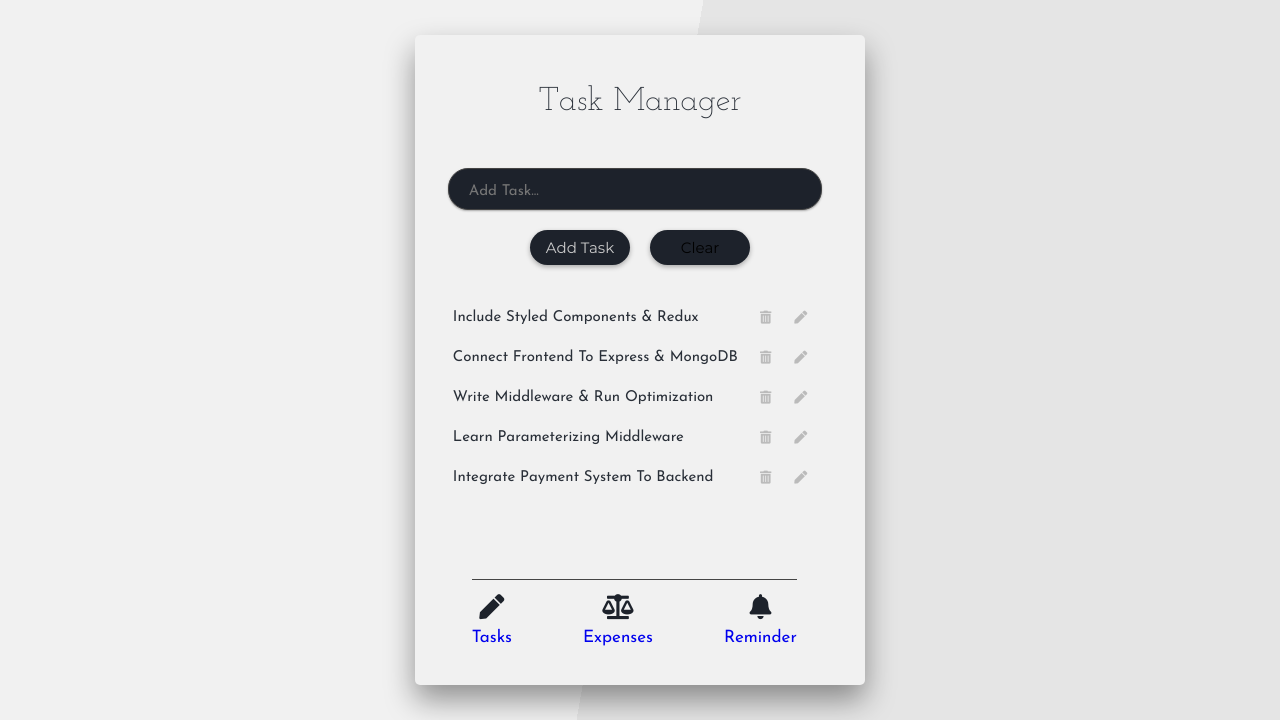
Repository: Kol124/react-task-manager
Page: /
An editor plug-in stored every save of this project. The page is shown before and after the next save, followed by the edit.
The browser window is 1280 px wide. The pictures show the whole page.
The project was rebuilt for these pictures with package versions that can differ from the ones it lists, and the page was loaded fresh each time. Also part of the build but not shown: src/components/Expenses/Expenses.js, src/components/Reminder/Reminder.js.

Above is the page before, as saved 2021-06-24 17:09:34.

### public/index.html
<!DOCTYPE html>
<html lang="en">
  <head>
    <meta charset="utf-8" />
    <link rel="icon" href="%PUBLIC_URL%/favicon.ico" />
    <meta name="viewport" content="width=device-width, initial-scale=1" />
    <meta name="theme-color" content="#000000" />
    <meta
      name="description"
      content="Web site created using create-react-app"
    />
    <link rel="apple-touch-icon" href="%PUBLIC_URL%/logo192.png" />
    <!--
      manifest.json provides metadata used when your web app is installed on a
      user's mobile device or desktop. See https://developers.google.com/web/fundamentals/web-app-manifest/
    -->
    <link rel="manifest" href="%PUBLIC_URL%/manifest.json" />
    <!--
      Notice the use of %PUBLIC_URL% in the tags above.
      It will be replaced with the URL of the `public` folder during the build.
      Only files inside the `public` folder can be referenced from the HTML.

      Unlike "/favicon.ico" or "favicon.ico", "%PUBLIC_URL%/favicon.ico" will
      work correctly both with client-side routing and a non-root public URL.
      Learn how to configure a non-root public URL by running `npm run build`.
    -->
    <link rel="stylesheet" href="all.min.css" />
    <title>React App</title>
  </head>
  <body>
    <noscript>You need to enable JavaScript to run this app.</noscript>
    <div id="root"></div>
    <!--
      This HTML file is a template.
      If you open it directly in the browser, you will see an empty page.

      You can add webfonts, meta tags, or analytics to this file.
      The build step will place the bundled scripts into the <body> tag.

      To begin the development, run `npm start` or `yarn start`.
      To create a production bundle, use `npm run build` or `yarn build`.
    -->
  </body>
</html>

### src/App.js
import "./App.css";
import React from "react";
import TaskContextProvider from "./context/TaskContext";
import ThemeContextProvider from "./context/ThemeContext";
import Main from "./components/Main";

function App() {
  return (
    <ThemeContextProvider>
      <TaskContextProvider>
        <div className="container">
          <Main />
        </div>
      </TaskContextProvider>
    </ThemeContextProvider>
  );
}

export default App;

### src/App.css
@import url("fonts.css");

* {
  margin: 0;
  padding: 0;
  box-sizing: inherit;
}

html {
  box-sizing: border-box;
  font-size: 62.5%;
}

.container {
  width: 100%;
  height: 100vh;
  display: flex;
  align-items: center;
  justify-content: center;
  background: linear-gradient(100deg, #f1f1f1 50%, #e5e5e5 0);
}

.app-wrapper {
  padding: 2.5rem 2.8rem;
  position: relative;
  width: 45rem;
  height: 65rem;
  border-radius: 5px;
  box-shadow: 0 15px 30px rgba(0, 0, 0, 0.4);
}

.header .main-header {
  font-family: "Josefin Slab", serif;
  text-align: center;
  font-size: 3.3rem;
  /* color: #e5e5e5; */
  font-weight: 300;
  margin: 2.5rem 2rem 5rem 2rem;
}

.main {
  display: flex;
  flex-direction: column;
  align-items: space-between;
  margin-bottom: 3.5rem;
  width: 100%;
}

.form {
  display: flex;
  align-items: center;
  margin-bottom: 1.5rem;
  flex-direction: column;
  justify-content: center;
}

.task-input {
  font-family: "Josefin Sans", serif;
  padding: 1.5rem 1rem 1rem 2rem;
  margin: 0 1rem 1rem 0;
  color: #ccc;
  width: 95%;
  outline: none;
  font-size: 1.5rem;
  border-radius: 20px;
  border: 1px solid #444;
  background-color: #1d222b;
  box-shadow: 0 1px 2px rgba(0, 0, 0, 0.3);
}

@media only screen and (max-width: 450px) {
  html {
    font-size: 50%;
  }
}

.buttons {
  display: flex;
}

.btn {
  margin: 1rem;
}

.add-task-btn {
  width: 10rem;
  height: 3.5rem;
  background-color: #1d222b;
  color: #ccc;
  border: none;
  font-family: "Montserrat", sans-serif;
  font-size: 1.5rem;
  border-radius: 2rem;
  box-shadow: 0 2px 5px rgba(0, 0, 0, 0.3);
  outline: none;
  cursor: pointer;
}

.list {
  width: 95%;
  margin: 0 auto;
  max-height: 28rem;
  overflow: hidden;
  overflow-y: auto;
}

/* width */
::-webkit-scrollbar {
  width: 6px;
}

/* Track */
::-webkit-scrollbar-track {
  border-radius: 10px;
  background-color: #aaa;
}

/* Handle */
::-webkit-scrollbar-thumb {
  background: #444;
  border-radius: 10px;
}

.list-item {
  display: flex;
  margin: 2rem 0;
  padding-bottom: 0.5rem;
  justify-content: space-between;
}

.list-item span {
  font-family: "Josefin Sans", sans-serif;
  /* color: #bbb; */
  font-size: 1.5rem;
  text-transform: capitalize;
}

.task-btn {
  cursor: pointer;
  background-color: transparent;
  border: none;
  outline: none;
}

.btn-delete i {
  font-size: 1.3rem;
  color: #bbb;
  margin-right: 2rem;
}

.btn-edit i {
  font-size: 1.3rem;
  color: #bbb;
  margin-right: 2rem;
}

.clear-btn {
  width: 10rem;
  height: 3.5rem;
  background-color: #1d222b;
  /* color: #ccc; */
  border: none;
  font-family: "Montserrat", sans-serif;
  font-size: 1.5rem;
  border-radius: 2rem;
  box-shadow: 0 2px 5px rgba(0, 0, 0, 0.3);
  outline: none;
  cursor: pointer;
}

.no-tasks {
  /* color: #777; */
  text-align: center;
  font-family: "Montserrat", sans-serif;
  margin-top: 2.5rem;
  font-size: 2rem;
}

footer {
  position: absolute;
  width: 85%;
  bottom: 6%;
}

footer .nav {
  display: flex;
  align-items: center;
  justify-content: space-between;
  border-top: 1px solid #444;
  padding-top: 1.4rem;
  list-style: none;
  margin: 0 auto;
  width: 85%;
}

.nav li {
  font-family: "Josefin Sans", sans-serif;
  /* font-size: 2rem; */
  text-align: center;
}

.nav li a {
  text-decoration: none;
}

.nav li i {
  font-size: 2.5rem;
  color: #1d222b;
  transition: all ease 0.3s;
}

.nav li i:hover {
  color: #182741;
}

.nav li p {
  text-decoration: none;
  font-size: 1.7rem;
  color: inherit;
  margin-top: 1rem;
}

### src/context/TaskContext.js
import React, { createContext, useState, useReducer, useEffect } from "react";
import TaskReducer from "../reducer/TaskReducer";

export const TaskContext = createContext();

export default function TaskContextProvider(props) {
  const [tasks, dispatch] = useReducer(TaskReducer, [
    { title: "Include styled components & redux", id: 1 },
    { title: "Connect frontend to express & mongoDB", id: 2 },
    { title: "Write middleware & run optimization", id: 3 },
    { title: "Learn parameterizing middleware", id: 4 },
    { title: "Integrate payment system to backend", id: 5 },
  ]);
  const [editItem, setEditItem] = useState(null);

  const findItem = (id) => {
    const item = tasks.find((task) => task.id === id);
    setEditItem(item);
  };

  useEffect(() => {
    console.log(tasks);
  });

  return (
    <TaskContext.Provider
      value={{ tasks, editItem, setEditItem, findItem, dispatch }}
    >
      {props.children}
    </TaskContext.Provider>
  );
}

### src/context/ThemeContext.js
import React, { Component, createContext } from "react";

export const ThemeContext = createContext();

export default class ThemeContextProvider extends Component {
  state = {
    isLightTheme: true,
    light: { font: "#292f38", accent: "#e5e5e5", bg: "#f1f1f1" },
    dark: { font: "#f1f1f1", accent: "#1d222b", bg: "#292f38" },
  };

  toggleTheme = () => {
    this.setState({ isLightTheme: !this.state.isLightTheme });
  };

  render() {
    return (
      <div>
        <ThemeContext.Provider
          value={{ ...this.state, toggleTheme: this.toggleTheme }}
        >
          {this.props.children}
        </ThemeContext.Provider>
      </div>
    );
  }
}

### src/components/Main.js
import React, { useContext } from "react";
import { BrowserRouter as Router, Switch, Route } from "react-router-dom";
import Header from "./Header";
import TaskForm from "./TaskForm";
import TaskList from "./TaskList";
import Expenses from "./expenses/Expenses";
import Reminder from "./reminder/Reminder";
import Footer from "./Footer";
import { ThemeContext } from "../context/ThemeContext";

export default function Main() {
  const { isLightTheme, dark, light } = useContext(ThemeContext);
  const theme = isLightTheme ? light : dark;

  return (
    <Router>
      <div>
        <div
          className="app-wrapper"
          style={{ background: theme.bg, color: theme.font }}
        >
          <Header />
          <Switch>
            <Route exact path="/">
              <div className="main">
                <TaskForm />
                <TaskList />
              </div>
            </Route>

            <Route path="/expenses">
              <Expenses />
            </Route>

            <Route path="/reminder">
              <Reminder />
            </Route>
          </Switch>
          <Footer />
        </div>
      </div>
    </Router>
  );
}

### src/fonts.css
/* josefin-sans-300 - latin */
@font-face {
  font-family: "Josefin Sans";
  font-style: normal;
  font-weight: 300;
  src: url("./fonts/josefin-sans-v17-latin-300.eot"); /* IE9 Compat Modes */
  src: local(""),
    url("./fonts/josefin-sans-v17-latin-300.eot?#iefix")
      format("embedded-opentype"),
    /* IE6-IE8 */ url("./fonts/josefin-sans-v17-latin-300.woff2")
      format("woff2"),
    /* Super Modern Browsers */ url("./fonts/josefin-sans-v17-latin-300.woff")
      format("woff"),
    /* Modern Browsers */ url("./fonts/josefin-sans-v17-latin-300.ttf")
      format("truetype"),
    /* Safari, Android, iOS */
      url("./fonts/josefin-sans-v17-latin-300.svg#JosefinSans") format("svg"); /* Legacy iOS */
}
/* josefin-sans-regular - latin */
@font-face {
  font-family: "Josefin Sans";
  font-style: normal;
  font-weight: 400;
  src: url("./fonts/josefin-sans-v17-latin-regular.eot"); /* IE9 Compat Modes */
  src: local(""),
    url("./fonts/josefin-sans-v17-latin-regular.eot?#iefix")
      format("embedded-opentype"),
    /* IE6-IE8 */ url("./fonts/josefin-sans-v17-latin-regular.woff2")
      format("woff2"),
    /* Super Modern Browsers */
      url("./fonts/josefin-sans-v17-latin-regular.woff") format("woff"),
    /* Modern Browsers */ url("./fonts/josefin-sans-v17-latin-regular.ttf")
      format("truetype"),
    /* Safari, Android, iOS */
      url("./fonts/josefin-sans-v17-latin-regular.svg#JosefinSans")
      format("svg"); /* Legacy iOS */
}
/* josefin-sans-600 - latin */
@font-face {
  font-family: "Josefin Sans";
  font-style: normal;
  font-weight: 600;
  src: url("./fonts/josefin-sans-v17-latin-600.eot"); /* IE9 Compat Modes */
  src: local(""),
    url("./fonts/josefin-sans-v17-latin-600.eot?#iefix")
      format("embedded-opentype"),
    /* IE6-IE8 */ url("./fonts/josefin-sans-v17-latin-600.woff2")
      format("woff2"),
    /* Super Modern Browsers */ url("./fonts/josefin-sans-v17-latin-600.woff")
      format("woff"),
    /* Modern Browsers */ url("./fonts/josefin-sans-v17-latin-600.ttf")
      format("truetype"),
    /* Safari, Android, iOS */
      url("./fonts/josefin-sans-v17-latin-600.svg#JosefinSans") format("svg"); /* Legacy iOS */
}
/* josefin-sans-700 - latin */
@font-face {
  font-family: "Josefin Sans";
  font-style: normal;
  font-weight: 700;
  src: url("./fonts/josefin-sans-v17-latin-700.eot"); /* IE9 Compat Modes */
  src: local(""),
    url("./fonts/josefin-sans-v17-latin-700.eot?#iefix")
      format("embedded-opentype"),
    /* IE6-IE8 */ url("./fonts/josefin-sans-v17-latin-700.woff2")
      format("woff2"),
    /* Super Modern Browsers */ url("./fonts/josefin-sans-v17-latin-700.woff")
      format("woff"),
    /* Modern Browsers */ url("./fonts/josefin-sans-v17-latin-700.ttf")
      format("truetype"),
    /* Safari, Android, iOS */
      url("./fonts/josefin-sans-v17-latin-700.svg#JosefinSans") format("svg"); /* Legacy iOS */
}

/* josefin-slab-300 - latin */
@font-face {
  font-family: "Josefin Slab";
  font-style: normal;
  font-weight: 300;
  src: url("./fonts/josefin-slab-v13-latin-300.eot"); /* IE9 Compat Modes */
  src: local(""),
    url("./fonts/josefin-slab-v13-latin-300.eot?#iefix")
      format("embedded-opentype"),
    /* IE6-IE8 */ url("./fonts/josefin-slab-v13-latin-300.woff2")
      format("woff2"),
    /* Super Modern Browsers */ url("./fonts/josefin-slab-v13-latin-300.woff")
      format("woff"),
    /* Modern Browsers */ url("./fonts/josefin-slab-v13-latin-300.ttf")
      format("truetype"),
    /* Safari, Android, iOS */
      url("./fonts/josefin-slab-v13-latin-300.svg#JosefinSlab") format("svg"); /* Legacy iOS */
}
/* josefin-slab-regular - latin */
@font-face {
  font-family: "Josefin Slab";
  font-style: normal;
  font-weight: 400;
  src: url("./fonts/josefin-slab-v13-latin-regular.eot"); /* IE9 Compat Modes */
  src: local(""),
    url("./fonts/josefin-slab-v13-latin-regular.eot?#iefix")
      format("embedded-opentype"),
    /* IE6-IE8 */ url("./fonts/josefin-slab-v13-latin-regular.woff2")
      format("woff2"),
    /* Super Modern Browsers */
      url("./fonts/josefin-slab-v13-latin-regular.woff") format("woff"),
    /* Modern Browsers */ url("./fonts/josefin-slab-v13-latin-regular.ttf")
      format("truetype"),
    /* Safari, Android, iOS */
      url("./fonts/josefin-slab-v13-latin-regular.svg#JosefinSlab")
      format("svg"); /* Legacy iOS */
}
/* josefin-slab-600 - latin */
@font-face {
  font-family: "Josefin Slab";
  font-style: normal;
  font-weight: 600;
  src: url("./fonts/josefin-slab-v13-latin-600.eot"); /* IE9 Compat Modes */
  src: local(""),
    url("./fonts/josefin-slab-v13-latin-600.eot?#iefix")
      format("embedded-opentype"),
    /* IE6-IE8 */ url("./fonts/josefin-slab-v13-latin-600.woff2")
      format("woff2"),
    /* Super Modern Browsers */ url("./fonts/josefin-slab-v13-latin-600.woff")
      format("woff"),
    /* Modern Browsers */ url("./fonts/josefin-slab-v13-latin-600.ttf")
      format("truetype"),
    /* Safari, Android, iOS */
      url("./fonts/josefin-slab-v13-latin-600.svg#JosefinSlab") format("svg"); /* Legacy iOS */
}
/* josefin-slab-700 - latin */
@font-face {
  font-family: "Josefin Slab";
  font-style: normal;
  font-weight: 700;
  src: url("./fonts/josefin-slab-v13-latin-700.eot"); /* IE9 Compat Modes */
  src: local(""),
    url("./fonts/josefin-slab-v13-latin-700.eot?#iefix")
      format("embedded-opentype"),
    /* IE6-IE8 */ url("./fonts/josefin-slab-v13-latin-700.woff2")
      format("woff2"),
    /* Super Modern Browsers */ url("./fonts/josefin-slab-v13-latin-700.woff")
      format("woff"),
    /* Modern Browsers */ url("./fonts/josefin-slab-v13-latin-700.ttf")
      format("truetype"),
    /* Safari, Android, iOS */
      url("./fonts/josefin-slab-v13-latin-700.svg#JosefinSlab") format("svg"); /* Legacy iOS */
}

/* montserrat-300 - latin */
@font-face {
  font-family: "Montserrat";
  font-style: normal;
  font-weight: 300;
  src: url("./fonts/montserrat-v15-latin-300.eot"); /* IE9 Compat Modes */
  src: local(""),
    url("./fonts/montserrat-v15-latin-300.eot?#iefix")
      format("embedded-opentype"),
    /* IE6-IE8 */ url("./fonts/montserrat-v15-latin-300.woff2") format("woff2"),
    /* Super Modern Browsers */ url("./fonts/montserrat-v15-latin-300.woff")
      format("woff"),
    /* Modern Browsers */ url("./fonts/montserrat-v15-latin-300.ttf")
      format("truetype"),
    /* Safari, Android, iOS */
      url("./fonts/montserrat-v15-latin-300.svg#Montserrat") format("svg"); /* Legacy iOS */
}
/* montserrat-regular - latin */
@font-face {
  font-family: "Montserrat";
  font-style: normal;
  font-weight: 400;
  src: url("./fonts/montserrat-v15-latin-regular.eot"); /* IE9 Compat Modes */
  src: local(""),
    url("./fonts/montserrat-v15-latin-regular.eot?#iefix")
      format("embedded-opentype"),
    /* IE6-IE8 */ url("./fonts/montserrat-v15-latin-regular.woff2")
      format("woff2"),
    /* Super Modern Browsers */ url("./fonts/montserrat-v15-latin-regular.woff")
      format("woff"),
    /* Modern Browsers */ url("./fonts/montserrat-v15-latin-regular.ttf")
      format("truetype"),
    /* Safari, Android, iOS */
      url("./fonts/montserrat-v15-latin-regular.svg#Montserrat") format("svg"); /* Legacy iOS */
}
/* montserrat-500 - latin */
@font-face {
  font-family: "Montserrat";
  font-style: normal;
  font-weight: 500;
  src: url("./fonts/montserrat-v15-latin-500.eot"); /* IE9 Compat Modes */
  src: local(""),
    url("./fonts/montserrat-v15-latin-500.eot?#iefix")
      format("embedded-opentype"),
    /* IE6-IE8 */ url("./fonts/montserrat-v15-latin-500.woff2") format("woff2"),
    /* Super Modern Browsers */ url("./fonts/montserrat-v15-latin-500.woff")
      format("woff"),
    /* Modern Browsers */ url("./fonts/montserrat-v15-latin-500.ttf")
      format("truetype"),
    /* Safari, Android, iOS */
      url("./fonts/montserrat-v15-latin-500.svg#Montserrat") format("svg"); /* Legacy iOS */
}

### src/reducer/TaskReducer.js
export default function TaskReducer(tasks, action) {
  switch (action.type) {
    case "ADD_TASK":
      return [
        ...tasks,
        {
          title: action.task.title,
          id: Math.random().toString(),
        },
      ];

    case "REMOVE_TASK":
      return tasks.filter((task) => task.id !== action.task.id);

    case "EDIT_TASK":
      return tasks.map((task) =>
        task.id === action.task.id
          ? { title: action.task.title, id: action.task.id }
          : task
      );

    case "CLEAR_TASK":
      return [];

    default:
      return tasks;
  }
}

### src/components/Header.js
import React from "react";

const Header = () => {
  return (
    <div className="header">
      <h1 className="main-header">Task Manager</h1>
    </div>
  );
};

export default Header;

### src/components/TaskForm.js
import React, { useState, useContext, useEffect } from "react";
import { TaskContext } from "../context/TaskContext";

export default function TaskForm() {
  const { editItem, setEditItem, dispatch } = useContext(TaskContext);
  const [title, setTitle] = useState("");

  const handleSubmit = (e) => {
    e.preventDefault();
    if (editItem !== null) {
      dispatch({
        type: "EDIT_TASK",
        task: {
          title,
          id: editItem.id,
        },
      });
      setEditItem(null);
    } else {
      dispatch({
        type: "ADD_TASK",
        task: {
          title,
        },
      });
    }

    setTitle("");
  };

  useEffect(() => {
    if (editItem !== null) {
      setTitle(editItem.title);
      console.log(editItem);
    } else {
      setTitle("");
    }
  }, [editItem]);

  return (
    <form onSubmit={handleSubmit} className="form">
      <input
        type="text"
        placeholder="Add Task..."
        value={title}
        onChange={(e) => setTitle(e.target.value)}
        required
        className="task-input"
      />
      <div className="buttons">
        <button type="submit" className="btn add-task-btn">
          {editItem ? "Edit Task" : "Add Task"}
        </button>
        <button
          className="btn clear-btn"
          onClick={() => dispatch({ type: "CLEAR_TASK" })}
        >
          Clear
        </button>
      </div>
    </form>
  );
}

### src/components/TaskList.js
import React, { useContext } from "react";
import { TaskContext } from "../context/TaskContext";
import Task from "./Task";

export default function TaskList() {
  const { tasks } = useContext(TaskContext);

  return (
    <div>
      {tasks.length ? (
        <ul className="list">
          {tasks.map((task) => {
            return <Task task={task} key={task.id} />;
          })}
        </ul>
      ) : (
        <div className="no-tasks">No Tasks</div>
      )}
    </div>
  );
}

### src/components/Footer.js
import React from "react";
import { Link } from "react-router-dom";

export default function Footer() {
  return (
    <footer>
      <ul className="nav">
        <li>
          <Link to="/">
            <i className="fa fa-pen"></i>
            <p>Tasks</p>
          </Link>
        </li>

        <li>
          <Link to="/Expenses">
            <i className="fa fa-balance-scale"></i>
            <p>Expenses</p>
          </Link>
        </li>

        <li>
          <Link to="/Reminder">
            <i className="fa fa-bell"></i>
            <p>Reminder</p>
          </Link>
        </li>
      </ul>
    </footer>
  );
}

### src/components/Task.js
import React, { useContext } from "react";
import { TaskContext } from "../context/TaskContext";

export default function Task({ task }) {
  const { findItem, dispatch } = useContext(TaskContext);

  return (
    <li className="list-item">
      <span>{task.title}</span>
      <div>
        <button
          className="btn-delete task-btn"
          onClick={() =>
            dispatch({ type: "REMOVE_TASK", task: { id: task.id } })
          }
        >
          <i className="fas fa-trash-alt"></i>
        </button>{" "}
        <button className="btn-edit task-btn" onClick={() => findItem(task.id)}>
          <i className="fas fa-pen"></i>
        </button>
      </div>
    </li>
  );
}

Loaded but not shown: src/index.js (common file); src/index.css (common file); src/reportWebVitals.js (common file); public/all.min.css (library)

After the next save:
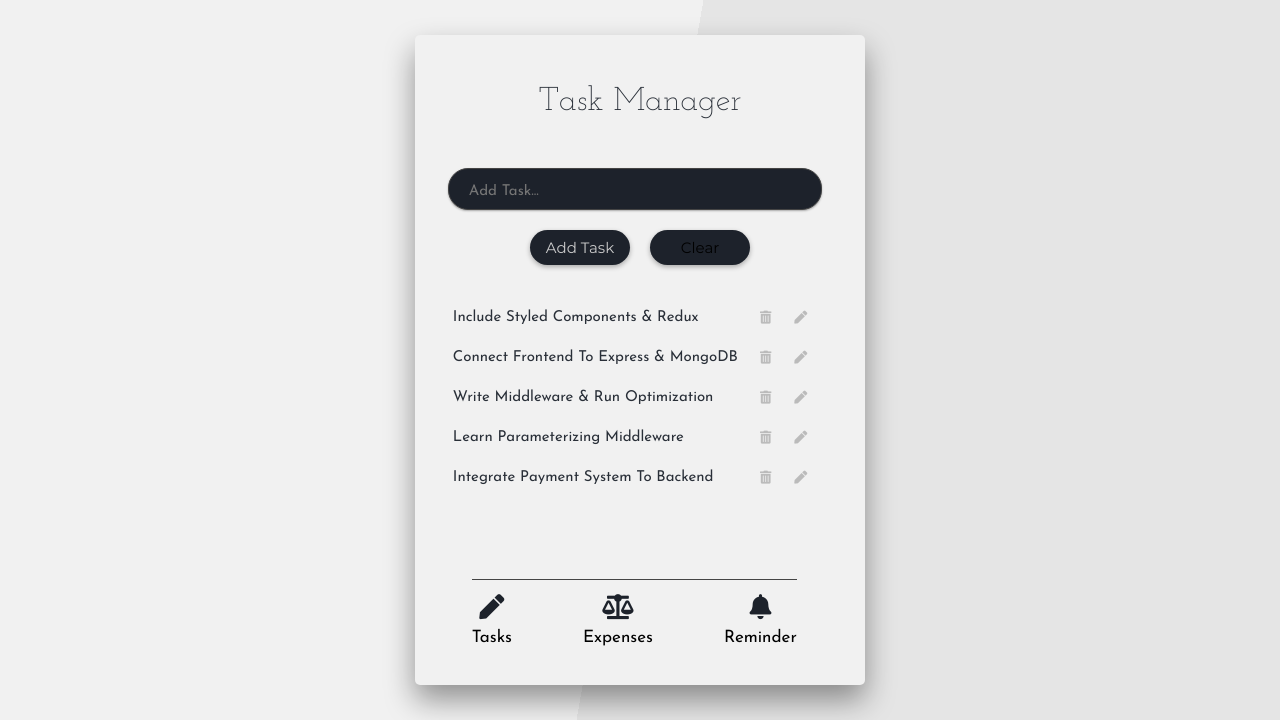
Saved 28 s later.
--- a/src/App.css
+++ b/src/App.css
@@ -216,6 +216,6 @@ footer .nav {
 .nav li p {
   text-decoration: none;
   font-size: 1.7rem;
-  color: inherit;
+  color: initial;
   margin-top: 1rem;
 }
